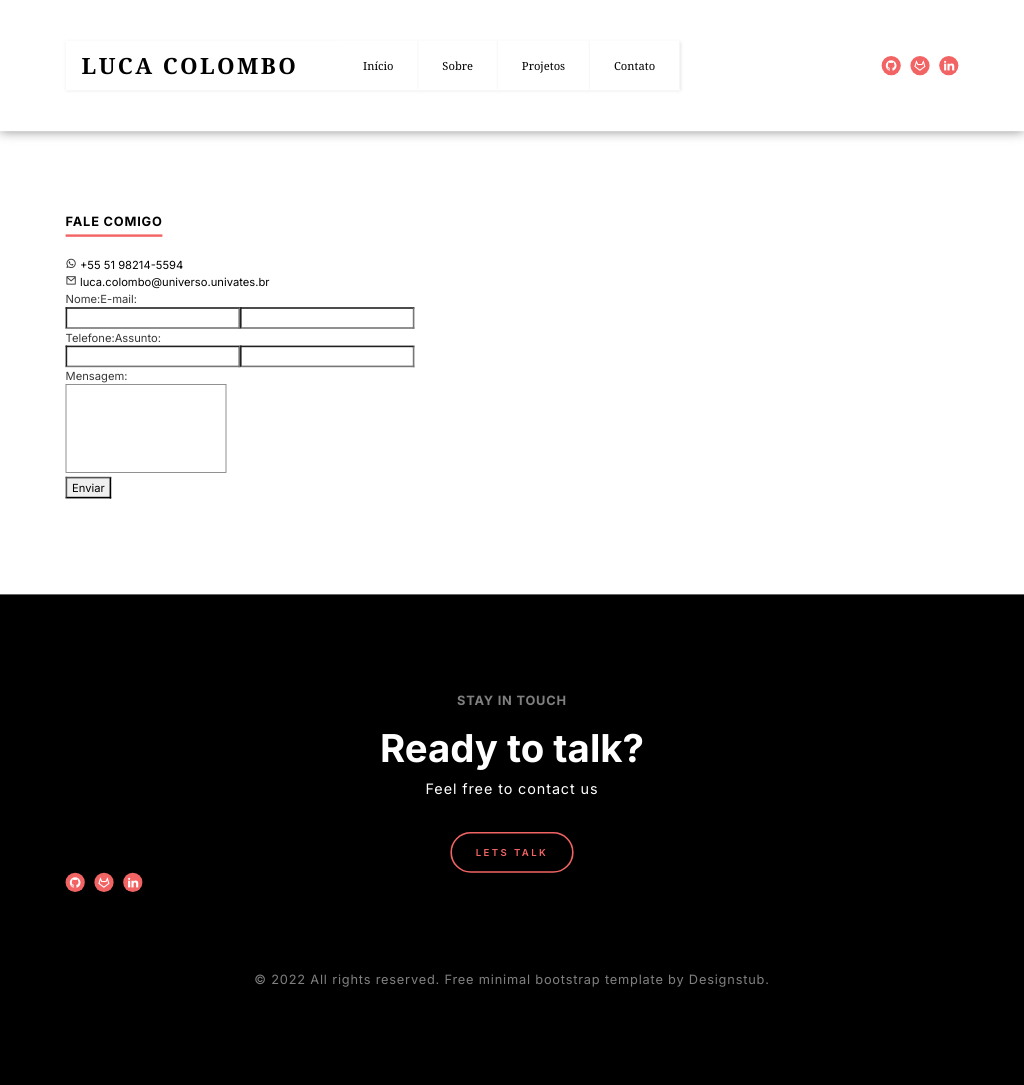
Repository: lxcxcxlxmb/portfolio
Page: contato.html
These files come from the project's save history. The page is drawn as it stood at one moment and after the next save; the edit follows.
The browser window is 1280 px wide. The pictures show the whole page, at 80% of full size.

Above is the page before, as saved 2022-05-25 00:20:51.

After the next save:
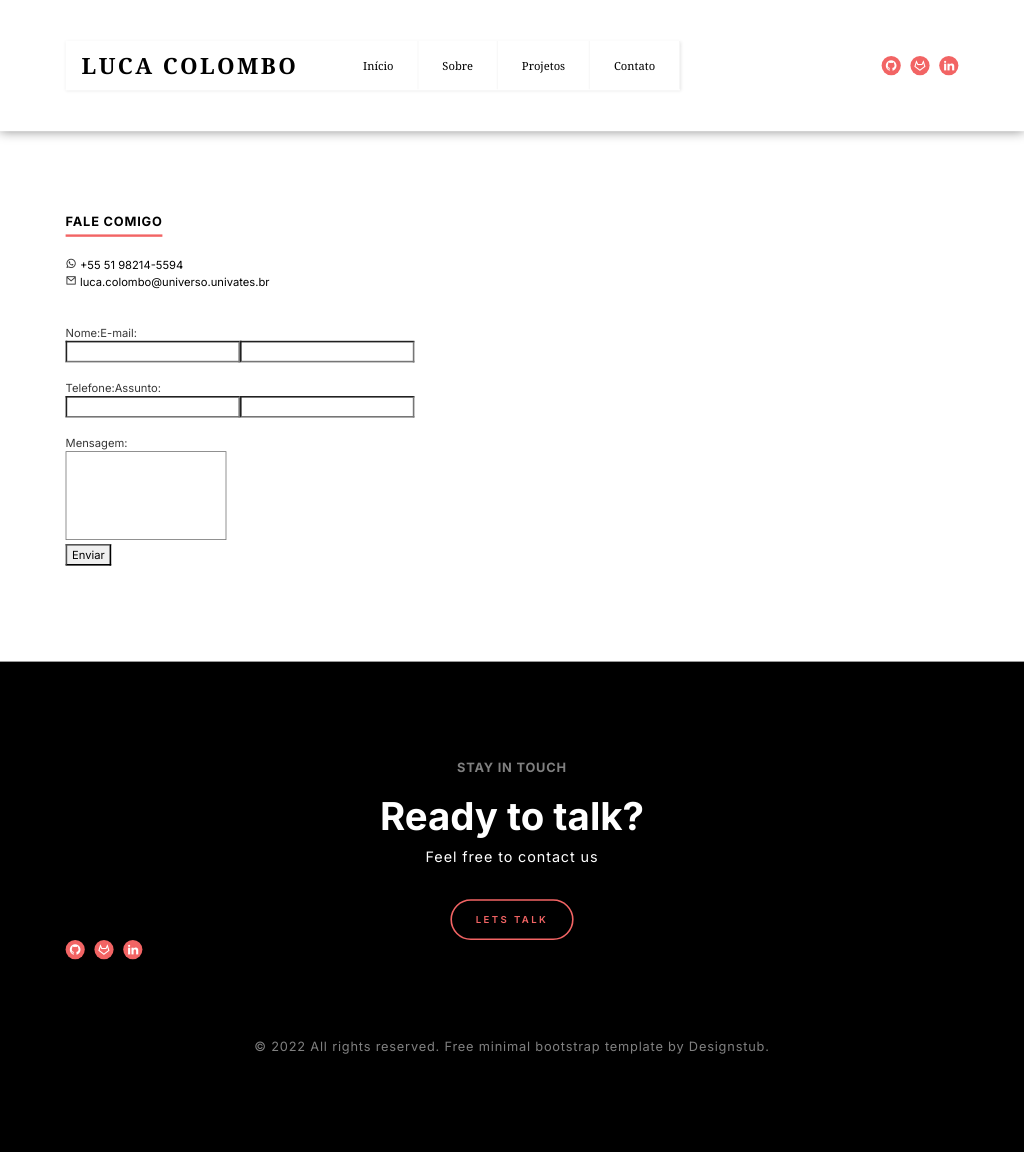
Saved 55 s later.
--- a/contato.html
+++ b/contato.html
@@ -65,12 +65,12 @@
         <h2 class="ds-heading">Fale comigo</h2><br>
         <i class="ri-whatsapp-line"></i> <a href="tel:+5551982145594">+55 51 98214-5594</a><br>
         <i class="ri-mail-line"></i><a href="mailto:luca.colombo@universo.univates.br">
-          luca.colombo@universo.univates.br</a>
+          luca.colombo@universo.univates.br</a><br><br><br>
         <form>
           <label for="name">Nome:</label><label for="email">E-mail:</label><br>
-          <input class="form-item" type="text" id="name" name="name"><input class="form-item" type="email" id="email" name="email"><br>
+          <input class="form-item" type="text" id="name" name="name"><input class="form-item" type="email" id="email" name="email"><br><br>
           <label for="phone">Telefone:</label><label for="assunto">Assunto:</label><br>
-          <input class="form-item" type="tel" id="phone" name="phone"><input class="form-item" type="text" id="assunto" name="assunto"><br>
+          <input class="form-item" type="tel" id="phone" name="phone"><input class="form-item" type="text" id="assunto" name="assunto"><br><br>
           <label for="message">Mensagem:</label><br>
           <textarea class="form-item" id="message" name="message" rows="5"></textarea><br>
           <input class="button" type="submit" value="Enviar">
